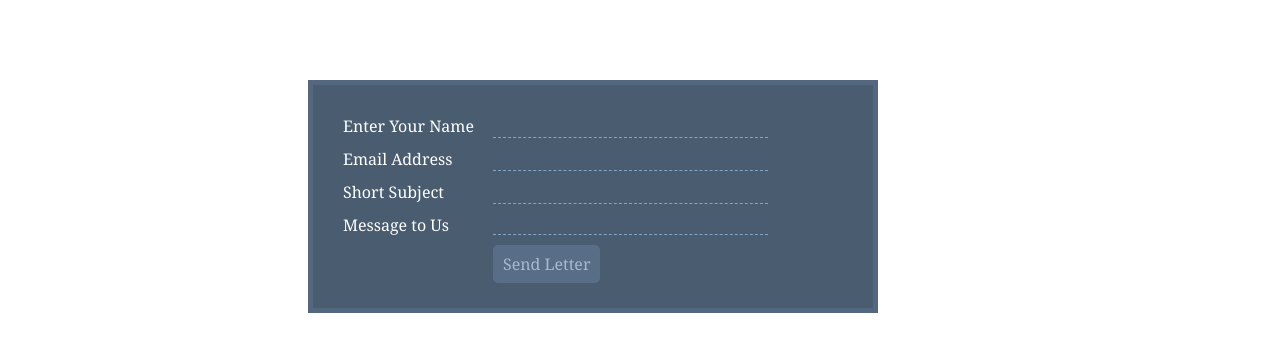
Repository: moshe31sh/Java_ee_final_project_todo_list
Page: http://localhost/Toto_list_final_project/addtask.jsp
These files come from the project's save history. The page is drawn as it stood at one moment and after the next save; the edit follows.
The browser window is 1280 px wide. The pictures show the whole page.
The page is served by Tomcat 9.

Above is the page before, as saved 2015-12-10 21:06:52.

After the next save:
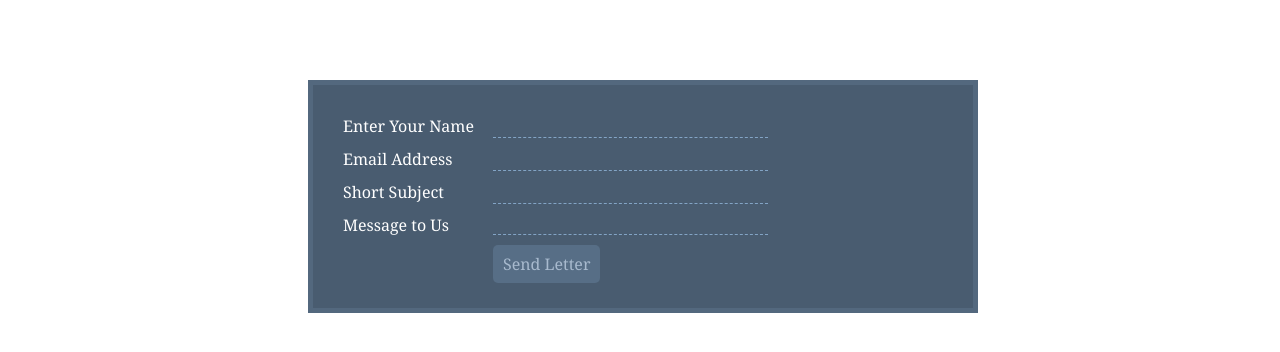
Saved 12 s later.
--- a/Toto_list_final_project/WebContent/CSS/add_task_style.css
+++ b/Toto_list_final_project/WebContent/CSS/add_task_style.css
@@ -1,7 +1,7 @@
 
 
 .form-style-4{
-    width: 500px;
+    width: 600px;
     font-size: 16px;
     background: #495C70;
     padding: 30px 30px 15px 30px;

After the save that followed:
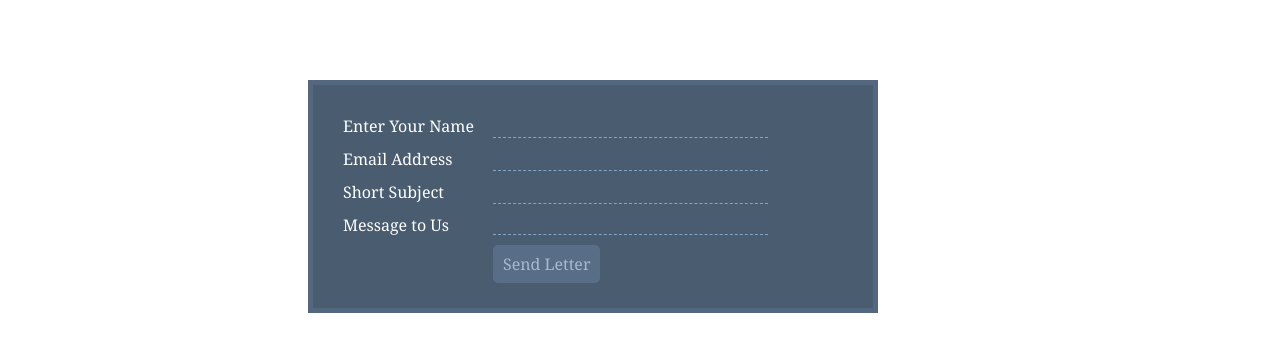
Saved 27 s later.
--- a/Toto_list_final_project/WebContent/CSS/add_task_style.css
+++ b/Toto_list_final_project/WebContent/CSS/add_task_style.css
@@ -1,7 +1,8 @@
 
 
 .form-style-4{
-    width: 600px;
+    width: 500px;
+    height: 400;
     font-size: 16px;
     background: #495C70;
     padding: 30px 30px 15px 30px;
